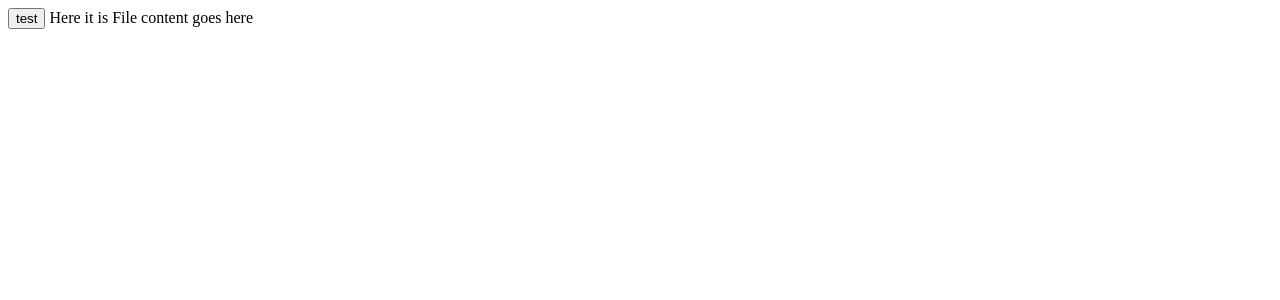
Repository: shutterfly2011/apache
Page: JavaScriptTest/test.html
The author's editor kept a copy of each file at every save. The page is drawn from the files as they stood at one save, then again after the next save.
The browser window is 1280 px wide. The pictures show the whole page.

Above is the page before, as saved 2015-09-18 02:07:02.

After the next save:
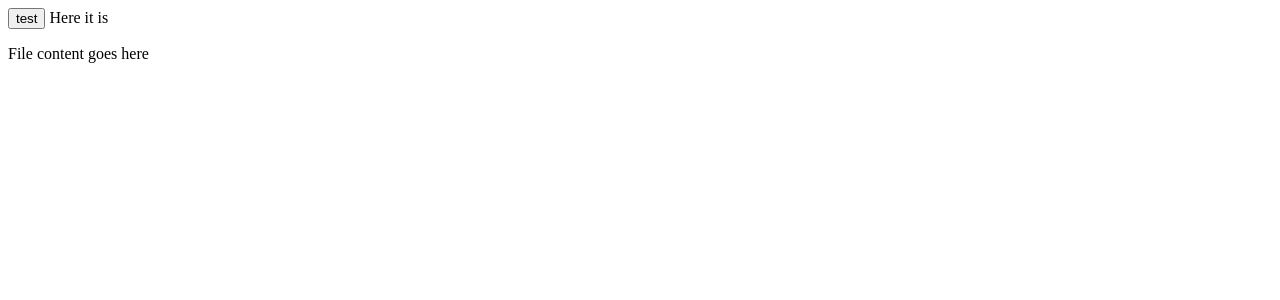
Saved 19 s later.
--- a/JavaScriptTest/test.html
+++ b/JavaScriptTest/test.html
@@ -13,7 +13,7 @@
 
 	<input type="button" value = "test" onclick="dosomething1()"/>
 	<a id="valuefield">Here it is</a>
-	<a id="fileContent">File content goes here</a>
+	<p><a id="fileContent">File content goes here</a></p>
 	<script type="text/javascript">
 		//alert("Hello!");
 		//document.getElementById("valuefield").innerHTML = "This is innerHTML";
